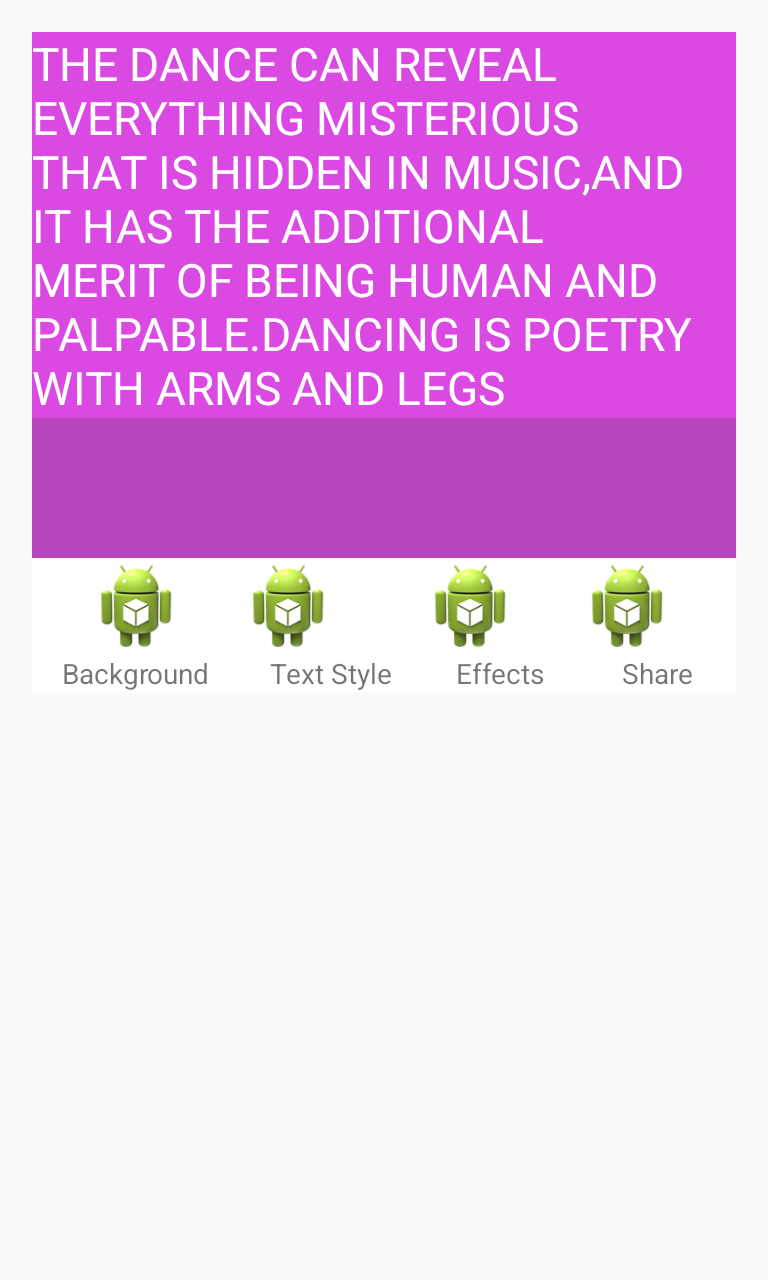
Repository: roopasree/new-pgm
Layout: Appnew/res/layout/activity_main.xml
The author's editor kept a copy of each file at every save. The layout is drawn from the files as they stood at one save, then again after the next save.
It is drawn on a 768 x 1280 px phone screen (xhdpi) without system bars, with theme AppTheme; the app's code is not run.

Above is the layout before, as saved 2015-02-16 08:28:33.

After the next save:
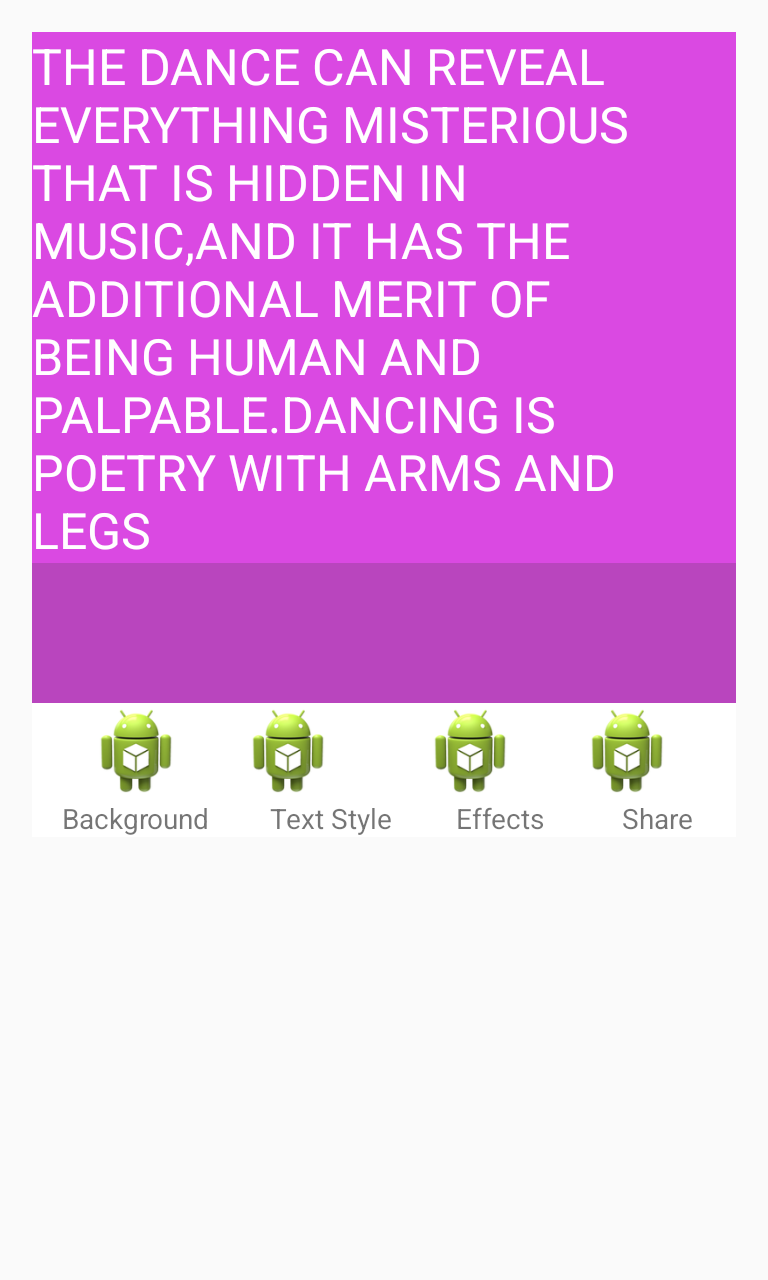
Saved 21 s later.
--- a/Appnew/res/layout/activity_main.xml
+++ b/Appnew/res/layout/activity_main.xml
@@ -15,7 +15,7 @@
         android:background="#DA49E2"
         android:text="THE DANCE CAN REVEAL EVERYTHING MISTERIOUS THAT IS HIDDEN IN MUSIC,AND IT HAS THE ADDITIONAL MERIT OF BEING HUMAN AND PALPABLE.DANCING IS POETRY WITH ARMS AND LEGS"
         android:textColor="#FFFFFF"
-        android:textSize="23dp" />
+        android:textSize="25sp" />
 
     <View
         android:id="@+id/view1"
